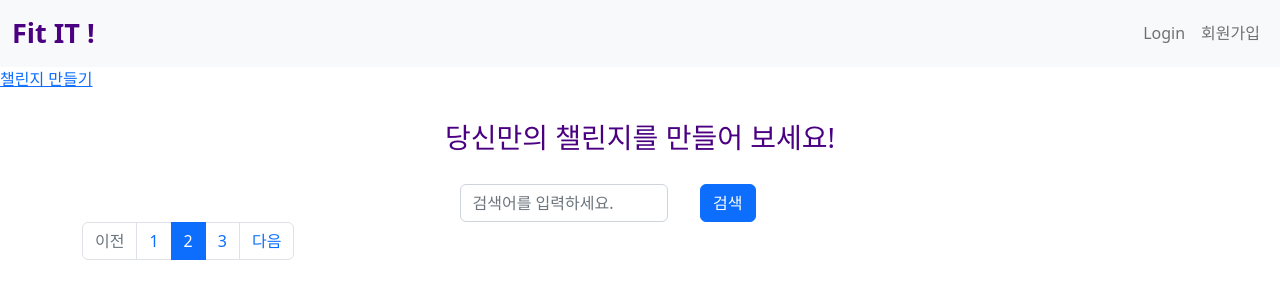
Repository: 4everGirls/Fit-IT-FRONT
Page: /makeChallenge (app in FrontEnd/fit-it/)
An editor plug-in stored every save of this project. The page is shown before and after the next save, followed by the edit.
The browser window is 1280 px wide. The pictures show the whole page.
The project was rebuilt for these pictures with package versions that can differ from the ones it lists, and the page was loaded fresh each time. Also part of the build but not shown: FrontEnd/fit-it/vue.config.js, FrontEnd/fit-it/src/views/HomeView.vue, FrontEnd/fit-it/src/components/user/RegistUser.vue, FrontEnd/fit-it/src/components/user/LoginUser.vue.

Above is the page before, as saved 2022-11-20 12:34:17.

### FrontEnd/fit-it/public/index.html
<!DOCTYPE html>
<html lang="">
  <head>
    <meta charset="utf-8" />
    <meta http-equiv="X-UA-Compatible" content="IE=edge" />
    <meta name="viewport" content="width=device-width,initial-scale=1.0" />
    <link rel="icon" href="<%= BASE_URL %>favicon.ico" />
    <link
      href="https://cdn.jsdelivr.net/npm/bootstrap@5.2.2/dist/css/bootstrap.min.css"
      rel="stylesheet"
      integrity="sha384-Zenh87qX5JnK2Jl0vWa8Ck2rdkQ2Bzep5IDxbcnCeuOxjzrPF/et3URy9Bv1WTRi"
      crossorigin="anonymous"
    />
    <script
      src="https://cdn.jsdelivr.net/npm/bootstrap@5.2.2/dist/js/bootstrap.bundle.min.js"
      integrity="sha384-OERcA2EqjJCMA+/3y+gxIOqMEjwtxJY7qPCqsdltbNJuaOe923+mo//f6V8Qbsw3"
      crossorigin="anonymous"
    ></script>
    <title><%= htmlWebpackPlugin.options.title %></title>
  </head>
  <body>
    <noscript>
      <strong
        >We're sorry but <%= htmlWebpackPlugin.options.title %> doesn't work
        properly without JavaScript enabled. Please enable it to
        continue.</strong
      >
    </noscript>
    <div id="app"></div>
    <!-- built files will be auto injected -->
  </body>
</html>

### FrontEnd/fit-it/src/App.vue
<template>
  <div id="app">
    <header-nav/>

    <router-link to="/makeChallenge">챌린지 만들기</router-link>
    <router-view />

  </div>
</template>

<script>
import HeaderNav from "@/components/common/HeaderNav.vue";

export default {
  name: "App",
  components: {
    HeaderNav,
  }
}
</script>

<style>
* {
  margin: 0;
  padding: 0;
  box-sizing: border-box;
  list-style: none;
}

.text-center {
  text-align: center;
}

</style>

### FrontEnd/fit-it/src/router/index.js
import Vue from "vue";
import VueRouter from "vue-router";
import HomeView from "../views/HomeView.vue";
import RegistUser from "@/components/user/RegistUser.vue";
import LoginUser from "@/components/user/LoginUser.vue";
import MakeChallenge from "@/views/MakeChallengeView.vue";

Vue.use(VueRouter);

const routes = [
  {
    path: "/",
    name: "home",
    component: HomeView,
  },
  {
    path: "/login",
    name: "login",
    component: LoginUser,
  },
  {
    path: "/regist",
    name: "regist",
    component: RegistUser,
  },
  {
    path: "/makeChallenge",
    name: "makeChallenge",
    component: MakeChallenge,
  },
];

const router = new VueRouter({
  mode: "history",
  base: process.env.BASE_URL,
  routes,
});

export default router;

### FrontEnd/fit-it/src/store/index.js
import Vue from 'vue'
import Vuex from 'vuex'
import axios from 'axios';
import router from "@/router";
import createPersistedState from "vuex-persistedstate";

Vue.use(Vuex)

const REST_API = `http://localhost:9999`;

export default new Vuex.Store({
  plugins: [createPersistedState()],
  state: {
    loginUser: null,
    videos: [],
    video: null,
  },
  getters: {
  },
  mutations: {
    LOGIN_USER(state, user) {
      state.loginUser = user;
    },
    SEARCH_VIDEO(state, videos) {
      state.videos = videos
    },
  },
  actions: {
    loginUser({ commit }, user) {
      console.log(user);
      const API_URL = `${REST_API}/userApi/login`;
      axios({
        url: API_URL,
        method: "POST",
        data: user,
      })
      .then((res) => {
        if (res.data.message === "success") {
          commit("LOGIN_USER", user);
          sessionStorage.setItem("access-token", res.data["access-token"]);
          router.push({ name: "home" });
        } else {
          alert("로그인에 실패하였습니다.");
        }
      })
      .catch((err) => {
        console.log(err);
      });
    },
    createUser({ commit }, user) {
      const API_URL = `${REST_API}/userApi/signup`;

      axios({
        url: API_URL,
        method: "POST",
        data: user,
      })
      .then((res) => {
        commit;
        res;
        alert("회원 가입이 완료 되었습니다.");
        router.push("/login");
      })
      .catch((err) => {
        console.log(err);
      });
    },
    searchVideo({commit}, keyword) {
      const YOUTUBE_KEY = process.env.VUE_APP_YOUTUBE_API_KEY;
      const API_URL = `https://www.googleapis.com/youtube/v3/search`;
      console.log(keyword);
      axios({
        url: API_URL,
        // method: "GET",
        params: {
          key: YOUTUBE_KEY,
          part: 'snippet',
          q: keyword,
          type: 'video',
          maxResults: 4,
        }
      })
        .then((res) => {
          console.log(res.data.items);
          commit("SEARCH_VIDEO", res.data.items)
        })
        .catch((err) => console.log(err));
    },
  },
  modules: {
  }
})

### FrontEnd/fit-it/src/components/common/HeaderNav.vue
<template>
    <header>
    <!-- 로그인 전 (login, )-->
    <!-- Nav Bar 오른쪽 정렬 -->
    <nav class="navbar navbar-expand-sm bg-light navbar-light">
        <div class="container-fluid">
            <router-link to="/" class="navbar-brand nav-link">Fit IT !</router-link>
            <div class="collapse navbar-collapse justify-content-end" id="collapsibleNavbar">
                <ul class="navbar-nav">
                <li class="nav-item">
                    <router-link to="/login" class="nav-link">Login</router-link>
                </li>
                <li class="nav-item">
                    <router-link to="/regist" class="nav-link">회원가입</router-link>
                </li>
                </ul>
            </div>
        </div>
    </nav>
    </header>
</template>

<script>
export default {
name: "HeaderNav",
};
</script>

<style>
.navbar-brand {
color: indigo;
font-weight: 750;
font-size: 27px;
}
</style>

### FrontEnd/fit-it/src/views/MakeChallengeView.vue
<template>
  <div class="container">
    <!--search-container-->
    <div class="row">
        <search-video></search-video>
        <search-result></search-result>
    </div>
    <!--result form-->
    <div></div>
  </div>
</template>

<script>
import SearchVideo from '@/components/challenge/MakeChallenge/SearchVideo.vue';
import SearchResult from '@/components/challenge/MakeChallenge/SearchResult.vue';

export default {
    name: "MakeChallenge",
    components: {
        SearchVideo,
        SearchResult,
    }
}
</script>

<style>

</style>

### FrontEnd/fit-it/src/components/challenge/MakeChallenge/SearchVideo.vue
<template>
  <div class="container">
    <div class="flex-container">
      <div class="flex-item">
        <h3 class="title">당신만의 챌린지를 만들어 보세요!</h3>
      </div>
      <div class="flex-item">
        <div class="row">
          <div class="col-2"></div>
          <div class="col">
            <form class="d-flex col" role="search">
              <input
                class="form-control me-2"
                type="search"
                placeholder="검색어를 입력하세요."
                aria-label="Search"
                size="40"
                v-on:keydown.enter.prevent="search"
                v-model="keyword"
              />
            </form>
          </div>
          <div class="col">
            <button class="btn btn-primary" type="submit" @click="search">
              검색
            </button>
          </div>
        </div>
      </div>
    </div>
  </div>
</template>

<script>
export default {
  name: "SearchVideo",
  data() {
    return {
      keyword: "",
    };
  },
  methods: {
    search() {
      if (this.keyword !== "") {
        let value = this.keyword && this.keyword.trim();
        this.$store.dispatch("searchVideo", value);
        this.clearInput();
      } else {
        alert("검색어를 입력하세요.");
      }
    },
    clearInput() {
      this.keyword = "";
    },
  },
};
</script>

<style scoped>
.title {
  margin: 30px;
  color: indigo;
  font-weight: 350;
}
.flex-container {
  display: flex;
  justify-content: center;
  align-items: center;
  flex-direction: column;
}
.searchContainer {
}
</style>

### FrontEnd/fit-it/src/components/challenge/MakeChallenge/SearchResult.vue
<template>
  <div class="result-container">
    <li v-for="video in videos"
          :key="video.videoId"
          :video="video">
    <div class="list-container column">
      <div class="card" style="width: 18rem">
        <img
          class="card-img-top"
          :src="video.snippet.thumbnails.high.url"
          alt="video-img"
        />
        <div class="card-body">
          <p class="card-text">
            {{ video.snippet.title }}
          </p>
          <button>추가</button>
        </div>
      </div>
    </div>
    </li>
    <!--Pagination-->
    <footer>
      <ul class="pagination">
        <li class="page-item disabled">
          <span class="page-link">이전</span>
        </li>
        <li class="page-item"><a class="page-link" href="#">1</a></li>
        <li class="page-item active" aria-current="page">
          <span class="page-link">2</span>
        </li>
        <li class="page-item"><a class="page-link" href="#">3</a></li>
        <li class="page-item">
          <a class="page-link" href="#">다음</a>
        </li>
      </ul>
    </footer>
  </div>
</template>

<script>
import { mapState } from "vuex";
export default {
  name: "SearchResult",
  computed: {
    ...mapState(["videos", "video"]),
  },
};
</script>

<style></style>

Loaded but not shown: FrontEnd/fit-it/src/main.js (common file)

After the next save:
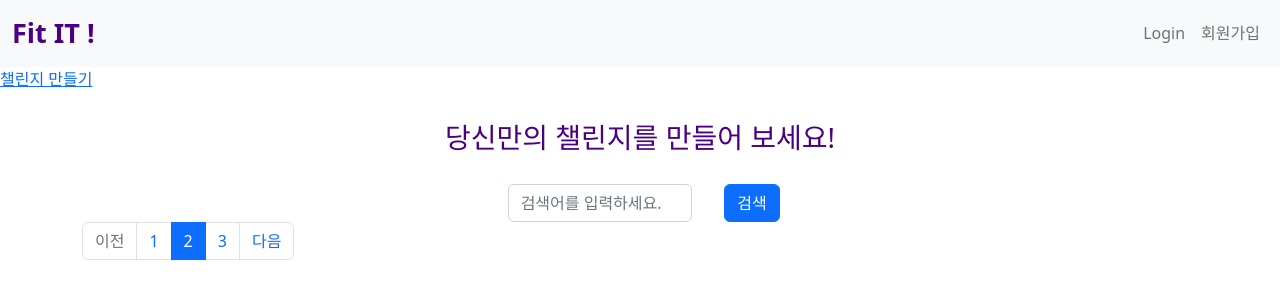
Saved 6 s later.
--- a/FrontEnd/fit-it/src/components/challenge/MakeChallenge/SearchVideo.vue
+++ b/FrontEnd/fit-it/src/components/challenge/MakeChallenge/SearchVideo.vue
@@ -6,7 +6,7 @@
       </div>
       <div class="flex-item">
         <div class="row">
-          <div class="col-2"></div>
+          <div class="col-3"></div>
           <div class="col">
             <form class="d-flex col" role="search">
               <input
